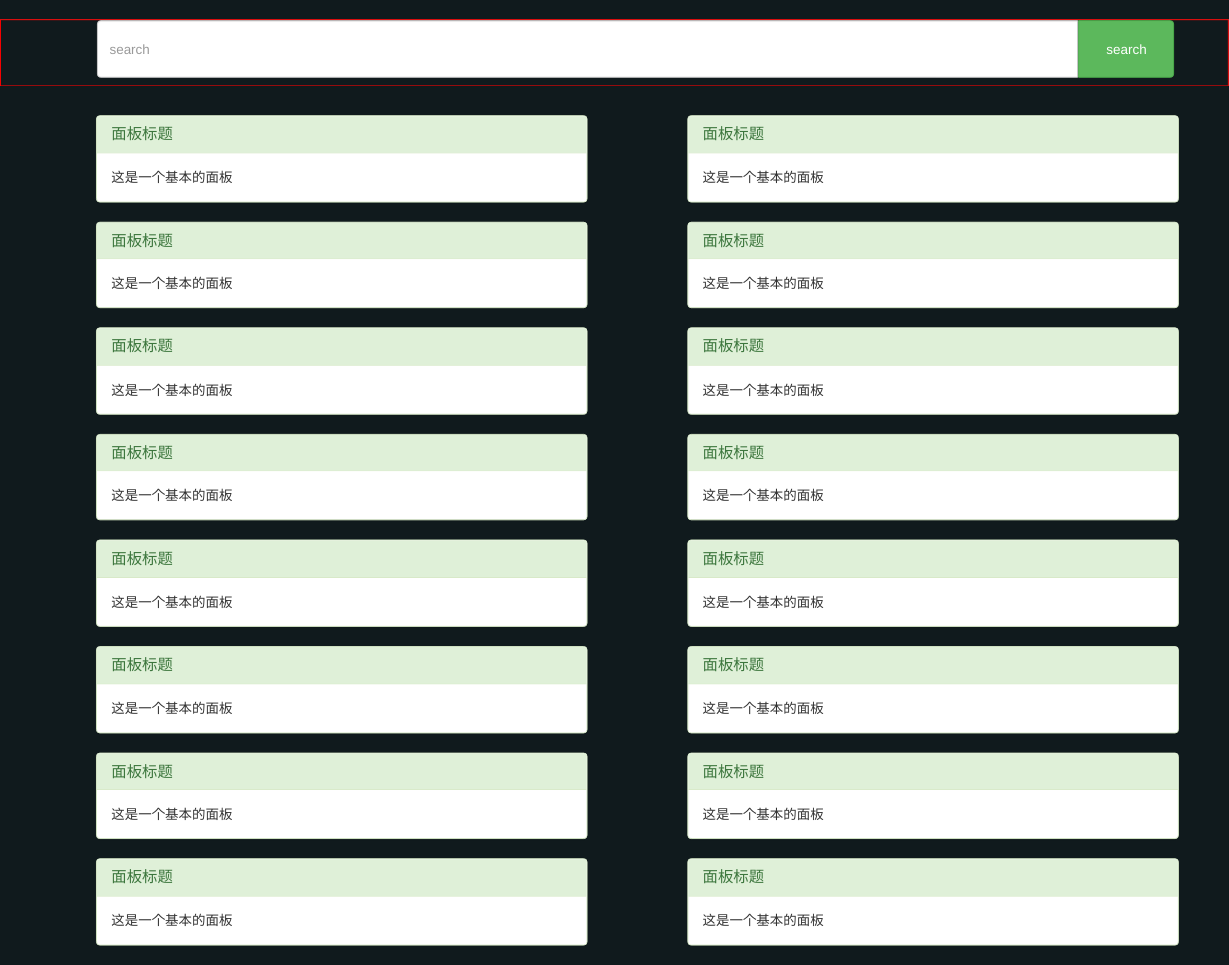
Repository: Tuzijing/Battlefield
Page: http://localhost/static/views/fram/fram.php
These files come from the project's save history. The page is drawn as it stood at one moment and after the next save; the edit follows.
The browser window is 1280 px wide. The pictures show the whole page, at 96% of full size.
The page is run by PHP 8.4 with error messages shown; the project is at /var/www/html/.

Above is the page before, as saved 2018-07-13 18:02:42.

### BattlefieldWebP/static/views/fram/fram.php
<!DOCTYPE html>
<html>
	<head>
		<meta charset="UTF-8">
		<title>BATTLEFIELD</title>
 		<!--
        	作者：offline
        	时间：2018-07-10
        	描述：引入公共前端配置文件
        -->
		<?php
			include "../common/encoding.php";
			include "../common/main_header.php";
		?>

		<link rel="stylesheet" href="../../common/css/fram/fram.css"/>

		<script type="text/javascript" src="../../common/js/fram/fram.js"></script>
	</head>
	<body>
		<div id="fram_container">
			<!-- 搜索框 -->
			<div id="fram_search">
				<div id="mask">
					<div class="input-group">
						<input type="text" class="form-control" placeholder="search">
						<button type="button" class="btn btn-success">search</button>
					</div>
				</div>
			</div>
			<div id="fram_categorys">
				<div  class="panel panel-success">
					<div class="panel-heading">
						<h3 class="panel-title">面板标题</h3>
					</div>
					<div class="panel-body">
						这是一个基本的面板
					</div>
				</div>

				<div  class="panel panel-success">
					<div class="panel-heading">
						<h3 class="panel-title">面板标题</h3>
					</div>
					<div class="panel-body">
						这是一个基本的面板
					</div>
				</div>
					<div  class="panel panel-success">
					<div class="panel-heading">
						<h3 class="panel-title">面板标题</h3>
					</div>
					<div class="panel-body">
						这是一个基本的面板
					</div>
				</div>
					<div  class="panel panel-success">
					<div class="panel-heading">
						<h3 class="panel-title">面板标题</h3>
					</div>
					<div class="panel-body">
						这是一个基本的面板
					</div>
				</div>




					<div  class="panel panel-success">
					<div class="panel-heading">
						<h3 class="panel-title">面板标题</h3>
					</div>
					<div class="panel-body">
						这是一个基本的面板
					</div>
				</div>
					<div  class="panel panel-success">
					<div class="panel-heading">
						<h3 class="panel-title">面板标题</h3>
					</div>
					<div class="panel-body">
						这是一个基本的面板
					</div>
				</div>	<div  class="panel panel-success">
					<div class="panel-heading">
						<h3 class="panel-title">面板标题</h3>
					</div>
					<div class="panel-body">
						这是一个基本的面板
					</div>
				</div>
					<div  class="panel panel-success">
					<div class="panel-heading">
						<h3 class="panel-title">面板标题</h3>
					</div>
					<div class="panel-body">
						这是一个基本的面板
					</div>
				</div>	<div  class="panel panel-success">
					<div class="panel-heading">
						<h3 class="panel-title">面板标题</h3>
					</div>
					<div class="panel-body">
						这是一个基本的面板
					</div>
				</div>
					<div  class="panel panel-success">
					<div class="panel-heading">
						<h3 class="panel-title">面板标题</h3>
					</div>
					<div class="panel-body">
						这是一个基本的面板
					</div>
				</div>	<div  class="panel panel-success">
					<div class="panel-heading">
						<h3 class="panel-title">面板标题</h3>
					</div>
					<div class="panel-body">
						这是一个基本的面板
					</div>
				</div>
					<div  class="panel panel-success">
					<div class="panel-heading">
						<h3 class="panel-title">面板标题</h3>
					</div>
					<div class="panel-body">
						这是一个基本的面板
					</div>
				</div>	<div  class="panel panel-success">
					<div class="panel-heading">
						<h3 class="panel-title">面板标题</h3>
					</div>
					<div class="panel-body">
						这是一个基本的面板
					</div>
				</div>
					<div  class="panel panel-success">
					<div class="panel-heading">
						<h3 class="panel-title">面板标题</h3>
					</div>
					<div class="panel-body">
						这是一个基本的面板
					</div>
				</div>	<div  class="panel panel-success">
					<div class="panel-heading">
						<h3 class="panel-title">面板标题</h3>
					</div>
					<div class="panel-body">
						这是一个基本的面板
					</div>
				</div>
					<div  class="panel panel-success">
					<div class="panel-heading">
						<h3 class="panel-title">面板标题</h3>
					</div>
					<div class="panel-body">
						这是一个基本的面板
					</div>
				</div>






			</div>
		</div>
	</body>
</html>

### BattlefieldWebP/static/views/common/encoding.php
<?php
	header("Content-type:text/html;charset=utf-8");
?>

### BattlefieldWebP/static/views/common/main_header.php
<html>
	<script type="text/javascript" src="../../common/js/jquery-3.1.1.min.js" ></script>
	<script type="text/javascript" src="../../common/js/bootstrap.js" ></script>
	<link rel="stylesheet" href="../../common/css/bootstrap.css"/>
	<script type="text/javascript" src="../../common/js/tools.js"></script>
	<?
		include "encoding.php";
	?>
</html>

### BattlefieldWebP/static/common/js/tools.js

/**
 * 获取浏览器的宽和高
 */
function getBrowserWidthAndHeight(){
	var arr = {width:0,height:0};
	try{
		var width = window.innerWidth;
		var height = window.innerHeight;
		arr["width"] = width;
		arr["height"] = height;
	}catch(err){
		console.log("get browser width and height err",err);
	}
	return arr;
}


/**
 * 根据id居中设置
 * lableById:需要居中的标签
 * width:宽度
 * height:高度
 * offsetWidth：宽度偏移量
 * offsetHeigt：高度偏移量
 */
function center(lableById,width,height,offsetWidth,offsetHeigt){
	try{
		var helf_width = width/2-offsetWidth; //总宽度除以2减上宽度偏移量
		var helf_height = height/2-offsetHeigt; //总高度除以2减上高度偏移量
		document.getElementById(lableById).style.marginLeft = helf_width+"px";
		document.getElementById(lableById).style.marginTop = +helf_height+"px";
	}catch(err){
		console.log("set lableNameById:"+(lableNameById === undefined?"undefined":lableNameById)+" centering failure ",err);
	}
}

### BattlefieldWebP/static/common/css/fram/fram.css
@CHARSET "UTF-8";
body{
	background-color: #101a1d;
}

/*fram 容器*/
#fram_container{
	margin-top:0px;
	width: 100%;
	height: 100%;
}

/*搜索框*/
#fram_search{
	margin-top:0px;
	width: 100%;
	height: 70px;
}
#mask{
	margin-top:0px;
	width: 100%;
	height: 70px;
	position: fixed;
	z-index:1000;
	border:1px solid red;
	background-color: #101a1d;
}

.input-group{
	margin-left:100px;
	width:80%;
	height: 60px;
}

.input-group input{
	border-top-right-radius:0px;
	border-bottom-right-radius:0xp;
	height: 60px;
}
.input-group button {
	position: absolute;/*采用绝对定位 取消换行*/
	border-top-left-radius:0px;
	border-bottom-left-radius:0px;
	height: 60px;
	width: 100px;
}


#fram_categorys {
	margin-top: 30px;
}
#fram_categorys .panel{
	display:inline-block;
	margin-left:100px;
	width: 40%;
}

### BattlefieldWebP/static/common/js/fram/fram.js
/**
 * fram 运行脚本
 */

Loaded but not shown: BattlefieldWebP/static/common/js/jquery-3.1.1.min.js (library); BattlefieldWebP/static/common/js/bootstrap.js (library); BattlefieldWebP/static/common/css/bootstrap.css (library)

After the next save:
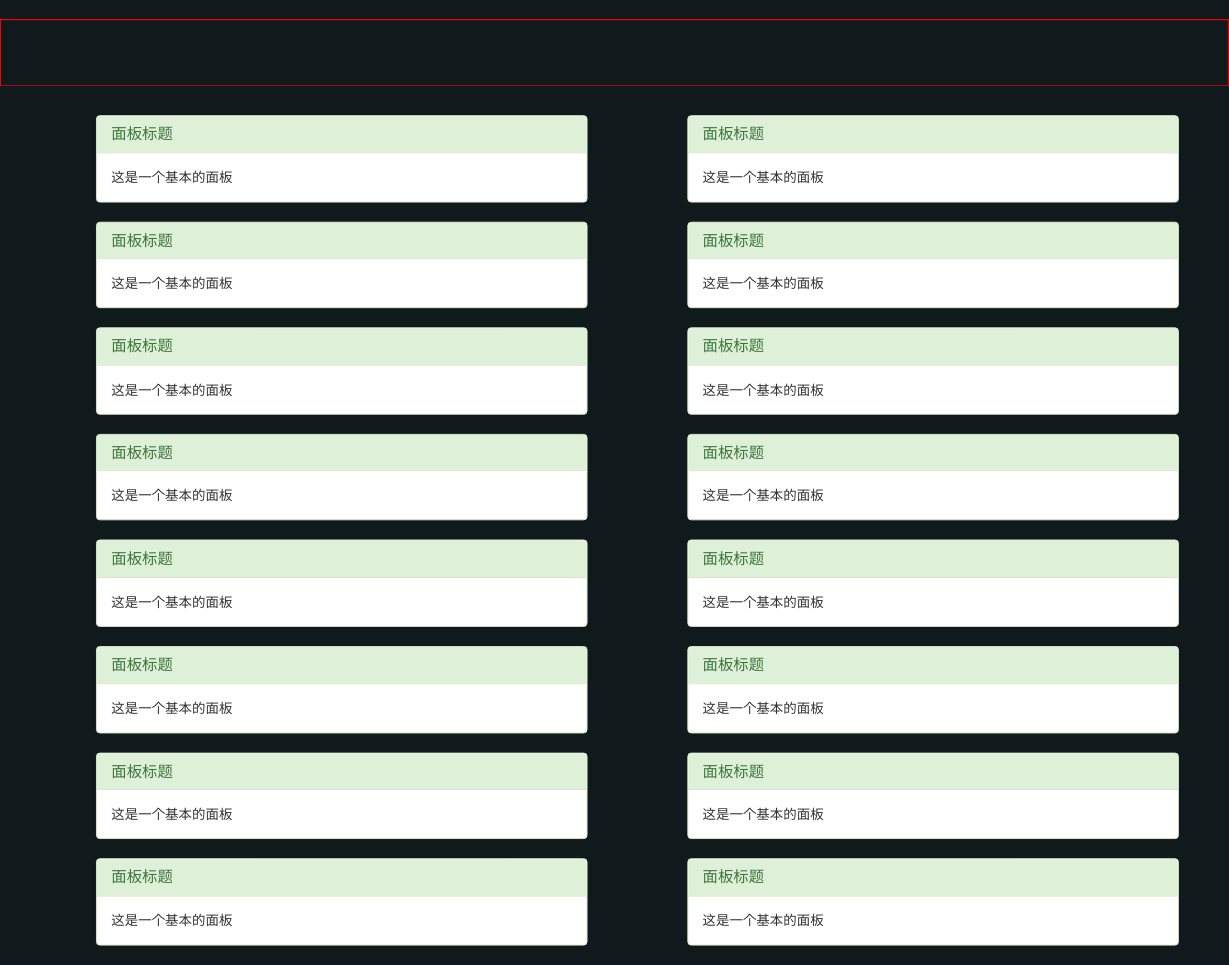
Saved 97 s later.
--- a/BattlefieldWebP/static/views/fram/fram.php
+++ b/BattlefieldWebP/static/views/fram/fram.php
@@ -22,10 +22,7 @@
 			<!-- 搜索框 -->
 			<div id="fram_search">
 				<div id="mask">
-					<div class="input-group">
-						<input type="text" class="form-control" placeholder="search">
-						<button type="button" class="btn btn-success">search</button>
-					</div>
+
 				</div>
 			</div>
 			<div id="fram_categorys">
